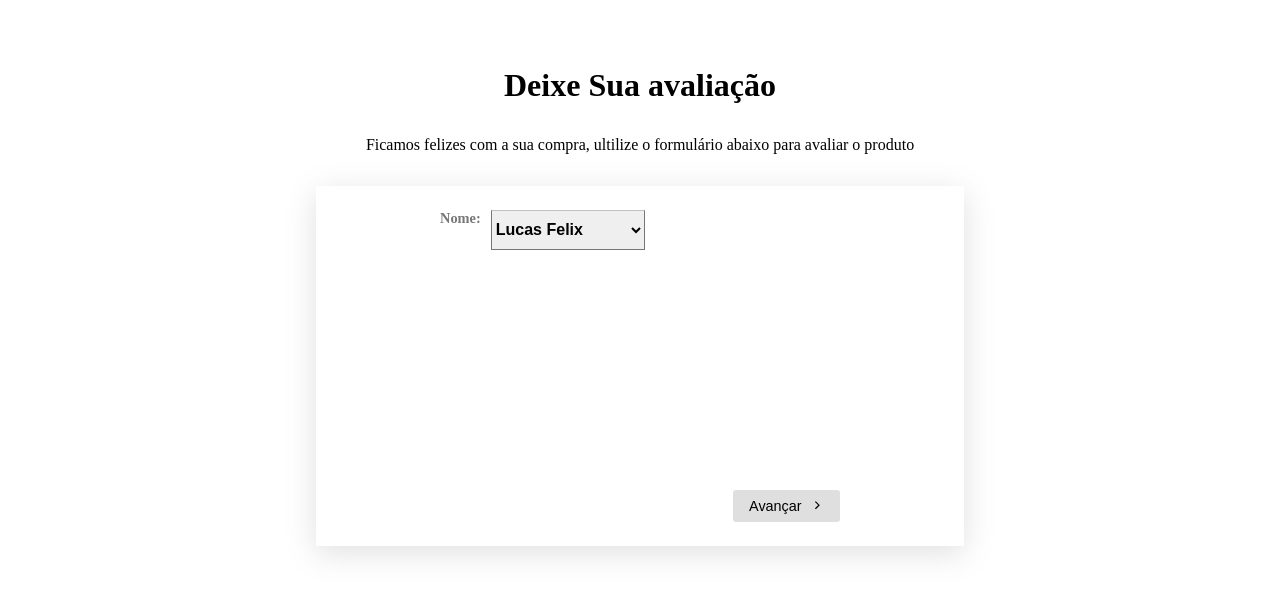
Repository: pheonix5/formulario_stap
Page: /
These files come from the project's save history. The page is drawn as it stood at one moment and after the next save; the edit follows.
The browser window is 1280 px wide. The pictures show the whole page.
The project was rebuilt for these pictures with package versions that can differ from the ones it lists, and the page was loaded fresh each time. Also part of the build but not shown: vite.config.js, src/components/ReviewForm.css, src/components/ReviewForm.tsx, src/components/Thanks.css, src/components/Thanks.tsx.

Above is the page before, as saved 2023-05-24 21:37:14.

After the next save:
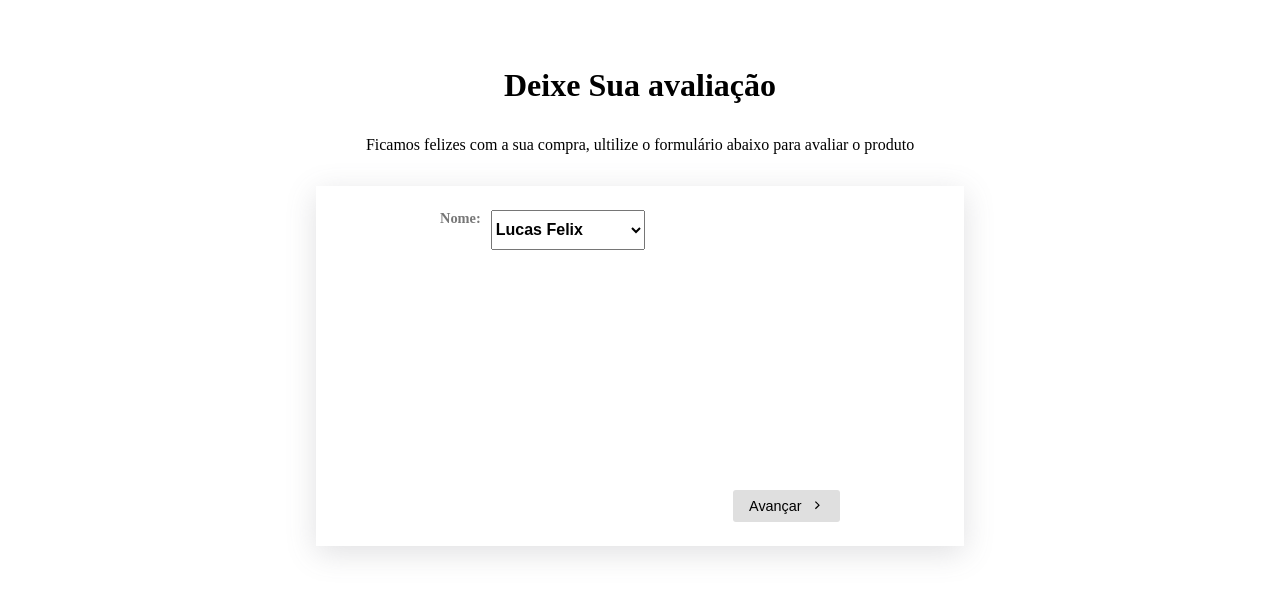
Saved 28 s later.
--- a/src/components/UserForm.css
+++ b/src/components/UserForm.css
@@ -9,5 +9,5 @@
 .select select{
   font-size: medium;
   font-weight: bold;
-  border-top: 1px solid #c0c0c0;
+  border: 0 0 1 0 solid #c0c0c0;
 }
